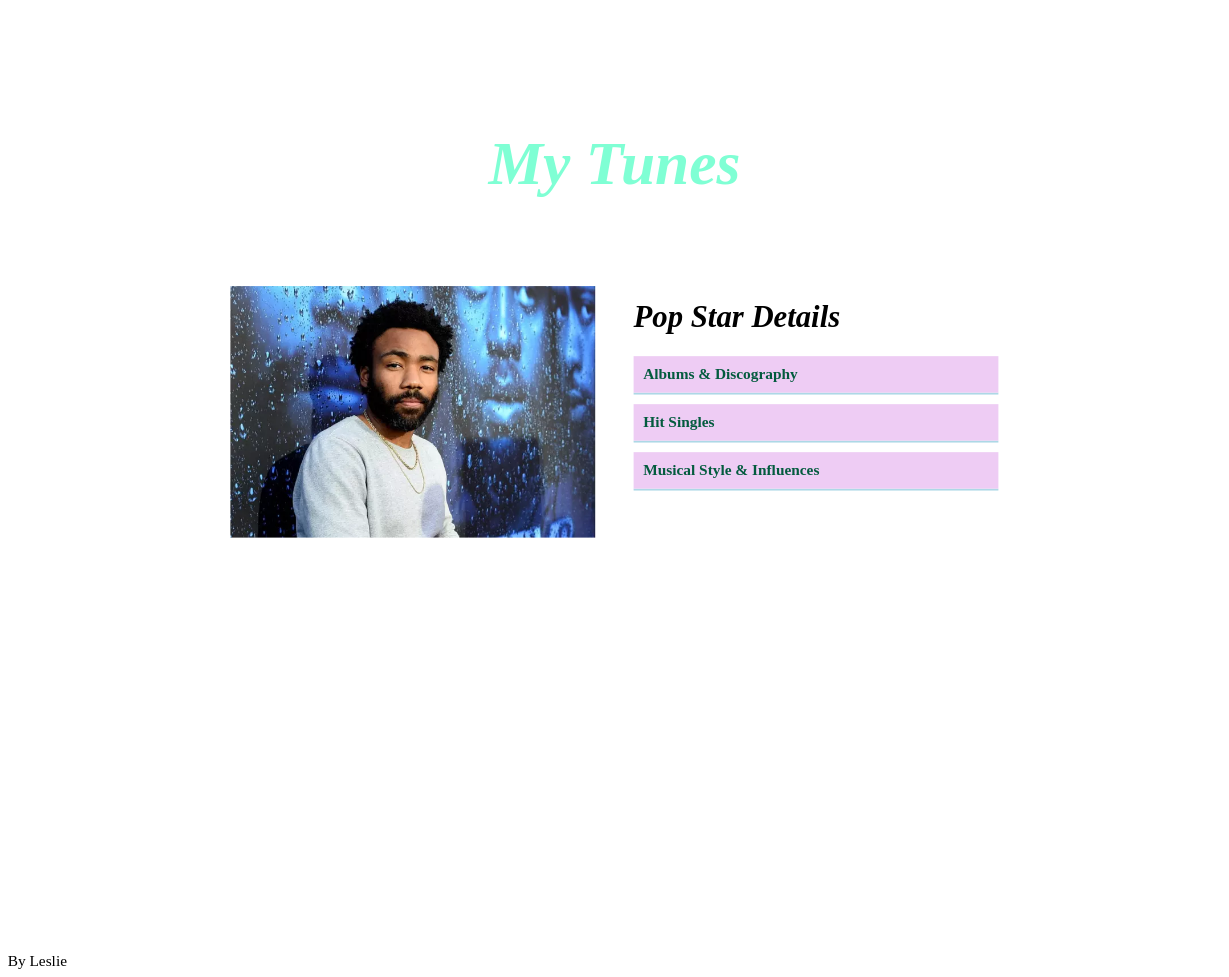
Repository: leslie179/labOne
Page: /
The author's editor kept a copy of each file at every save. The page is drawn from the files as they stood at one save, then again after the next save.
The browser window is 1280 px wide. The pictures show the whole page, at 96% of full size.
The project was rebuilt for these pictures with package versions that can differ from the ones it lists, and the page was loaded fresh each time. The framework's server and built-in components were replaced by stand-ins that run in the browser. Also part of the build but not shown: next.config.js, components/Footer/Footer.module.css.

Above is the page before, as saved 2024-09-15 22:45:19.

After the next save:
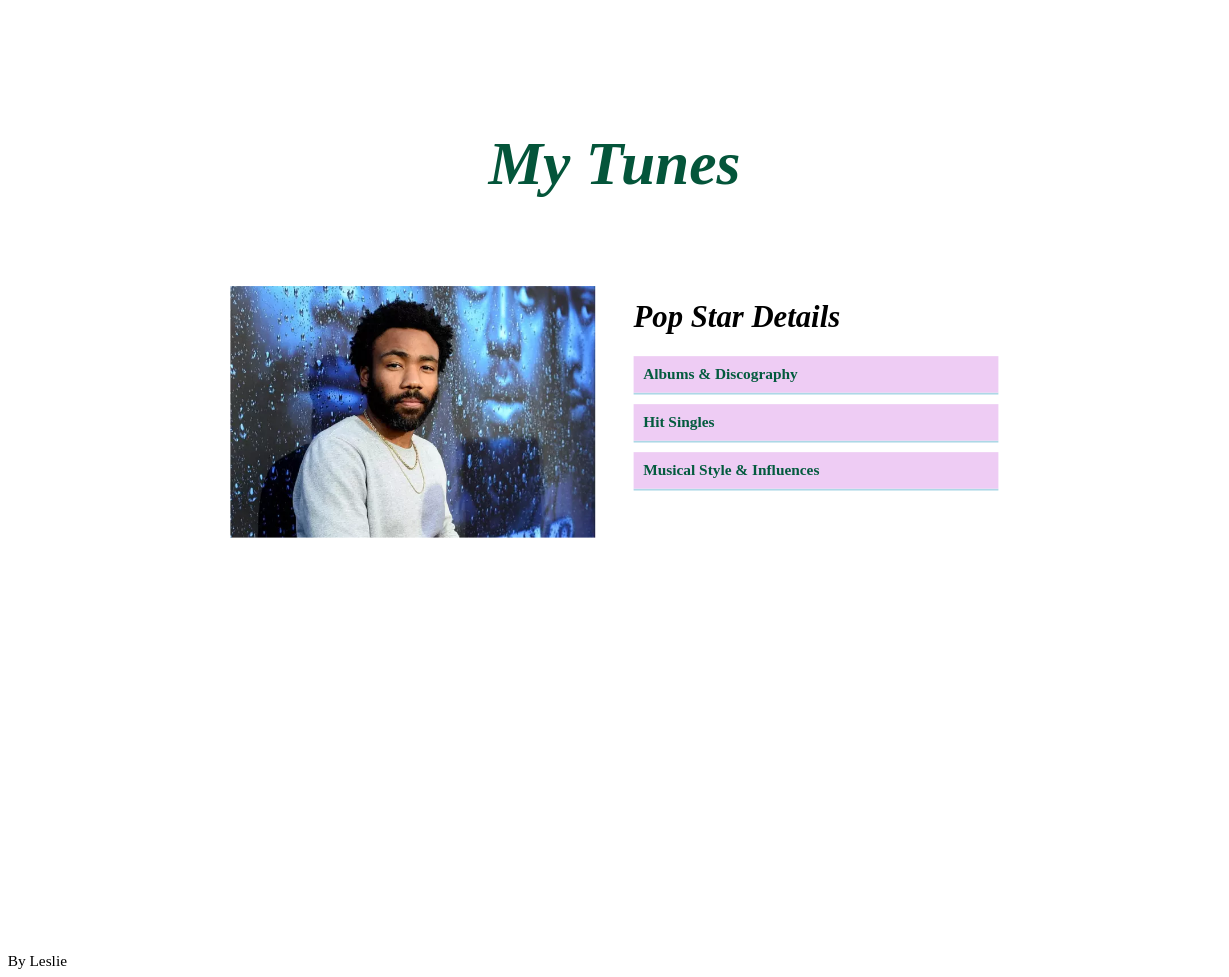
Saved 4 s later.
--- a/components/Header/Header.module.css
+++ b/components/Header/Header.module.css
@@ -8,5 +8,5 @@
     padding: 0;
     font-size: 4rem;
     font-style: italic;
-    color: aquamarine;
+    color: rgb(4, 85, 58);
   }
